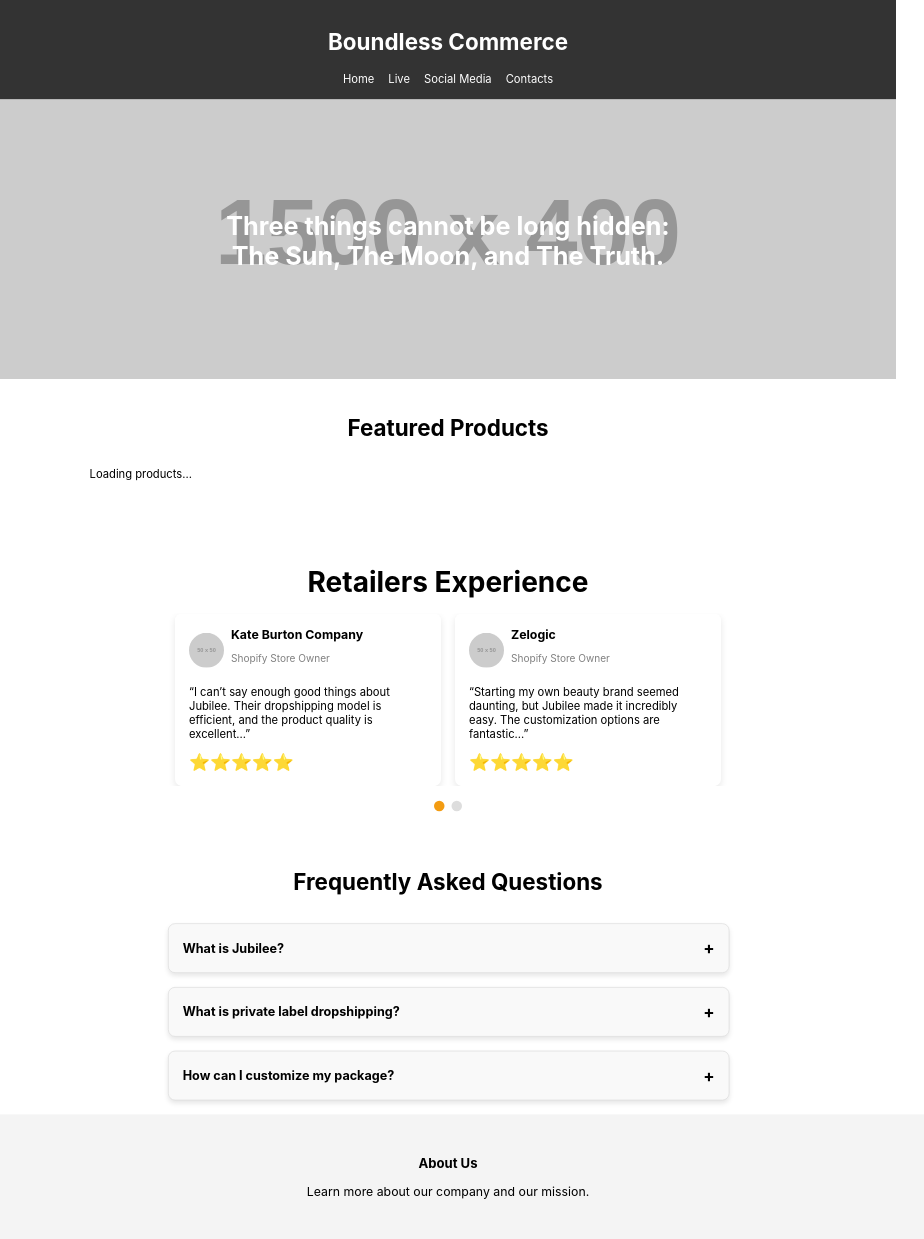
Repository: Nn-Exe/chunar-ecommerce
Page: / (app in ecommerce-frontend/)
An editor plug-in stored every save of this project. The page is shown before and after the next save, followed by the edit.
The browser window is 1280 px wide. The page is 1320 px wide, so the pictures cover 1320 px, including what lies to the right of the window. The pictures show the whole page, at 70% of full size.
The page's requests for data from a server got no answer. The project was rebuilt for these pictures with package versions that can differ from the ones it lists, and the page was loaded fresh each time. No one was signed in, and anything a server would have sent is missing.

Above is the page before, as saved 2024-09-11 15:27:16.

After the next save:
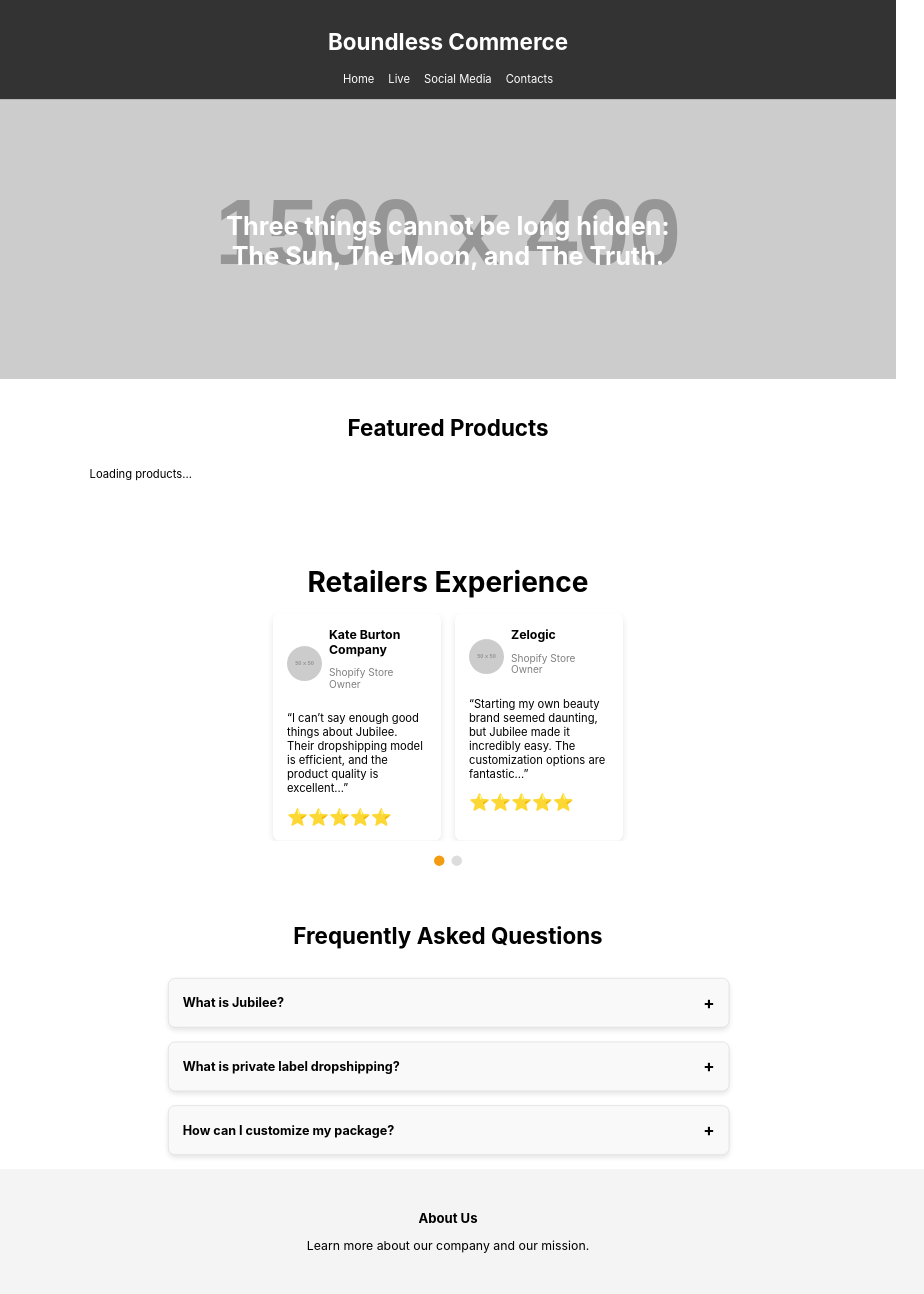
Saved 7 s later.
--- a/ecommerce-frontend/src/App.css
+++ b/ecommerce-frontend/src/App.css
@@ -255,7 +255,7 @@ nav ul li a {
 
 /* Testimonial card styling */
 .testimonial-card {
-  width: 400px;
+  width: 200px;
   background-color: #fff;
   padding: 20px;
   margin: 0 10px;
